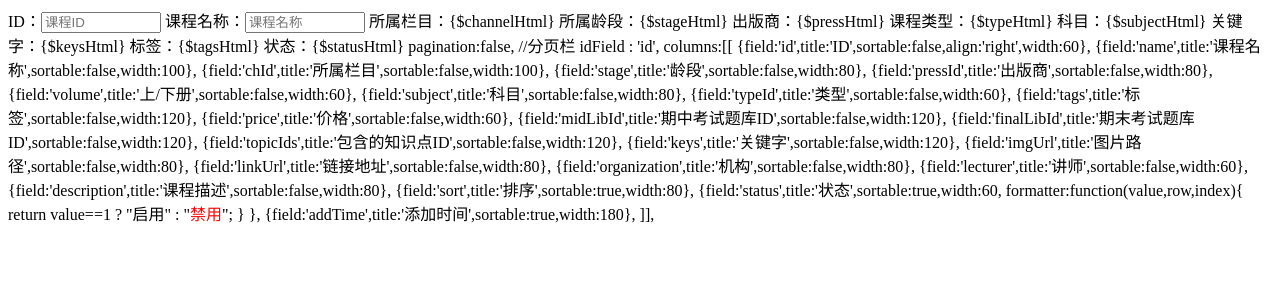
Repository: pridewu/hipi
Page: Education_dev_platform/branches/v1/Application/System/View/v1/Role/index.html
The author's editor kept a copy of each file at every save. The page is drawn from the files as they stood at one save, then again after the next save.
The browser window is 1280 px wide. The pictures show the whole page.

Above is the page before, as saved 2014-12-05 10:03:24.

### Education_dev_platform/branches/v1/Application/System/View/v1/Role/index.html
<extend name="./base_list" />

<block name="search">
	ID：<input type="text" name="id" placeholder="课程ID" style="width: 120px"></input>
	课程名称：<input type="text" name="name" placeholder="课程名称" style="width: 120px"></input>
	所属栏目：{$channelHtml}
	所属龄段：{$stageHtml}
	出版商：{$pressHtml}
	课程类型：{$typeHtml}
	科目：{$subjectHtml}
	关键字：{$keysHtml}
	标签：{$tagsHtml}
	状态：{$statusHtml}
</block>

<block name="datagrid_img">
    <div id="datagrid_img" class="datagrid_img" style="display: none;">
    </div>
</block>
<block name="datagrid">
		pagination:false, //分页栏
		idField : 'id',
	    columns:[[
            {field:'id',title:'ID',sortable:false,align:'right',width:60},
            {field:'name',title:'课程名称',sortable:false,width:100},
            {field:'chId',title:'所属栏目',sortable:false,width:100},
            {field:'stage',title:'龄段',sortable:false,width:80},
            {field:'pressId',title:'出版商',sortable:false,width:80},
            {field:'volume',title:'上/下册',sortable:false,width:60},
            {field:'subject',title:'科目',sortable:false,width:80},
            {field:'typeId',title:'类型',sortable:false,width:60},
            {field:'tags',title:'标签',sortable:false,width:120},
            {field:'price',title:'价格',sortable:false,width:60},
            {field:'midLibId',title:'期中考试题库ID',sortable:false,width:120},
            {field:'finalLibId',title:'期末考试题库ID',sortable:false,width:120},
            {field:'topicIds',title:'包含的知识点ID',sortable:false,width:120},
            {field:'keys',title:'关键字',sortable:false,width:120},
            {field:'imgUrl',title:'图片路径',sortable:false,width:80},
            {field:'linkUrl',title:'链接地址',sortable:false,width:80},
            {field:'organization',title:'机构',sortable:false,width:80},
            {field:'lecturer',title:'讲师',sortable:false,width:60},
            {field:'description',title:'课程描述',sortable:false,width:80},
            {field:'sort',title:'排序',sortable:true,width:80},
            {field:'status',title:'状态',sortable:true,width:60,
            	formatter:function(value,row,index){
            		return value==1 ? "启用" : "<font color=red>禁用</font>";
            	}
            },
            {field:'addTime',title:'添加时间',sortable:true,width:180},
        ]],
</block>

After the next save:
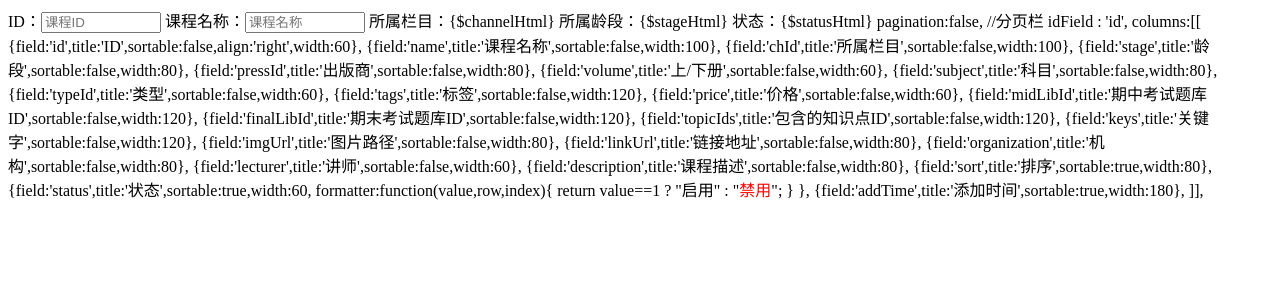
Saved 110 s later.
--- a/Education_dev_platform/branches/v1/Application/System/View/v1/Role/index.html
+++ b/Education_dev_platform/branches/v1/Application/System/View/v1/Role/index.html
@@ -5,11 +5,11 @@
 	课程名称：<input type="text" name="name" placeholder="课程名称" style="width: 120px"></input>
 	所属栏目：{$channelHtml}
 	所属龄段：{$stageHtml}
-	出版商：{$pressHtml}
+<!-- 	出版商：{$pressHtml}
 	课程类型：{$typeHtml}
 	科目：{$subjectHtml}
 	关键字：{$keysHtml}
-	标签：{$tagsHtml}
+	标签：{$tagsHtml} -->
 	状态：{$statusHtml}
 </block>
 
